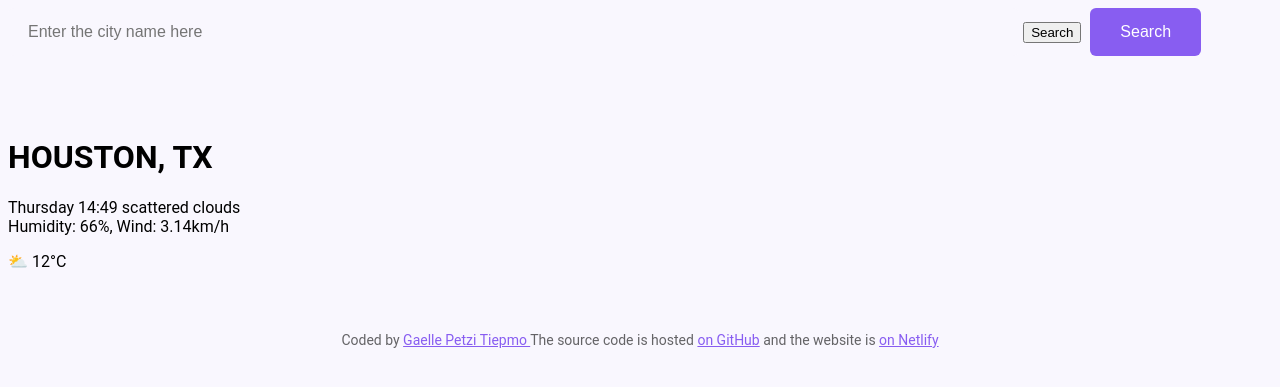
Repository: OnwardForward/meteo.by.gaelle
Page: meteo.appbygaelle.html
These files come from the project's save history. The page is drawn as it stood at one moment and after the next save; the edit follows.
The browser window is 1280 px wide. The pictures show the whole page.

Above is the page before, as saved 2024-04-18 15:21:40.

After the next save:
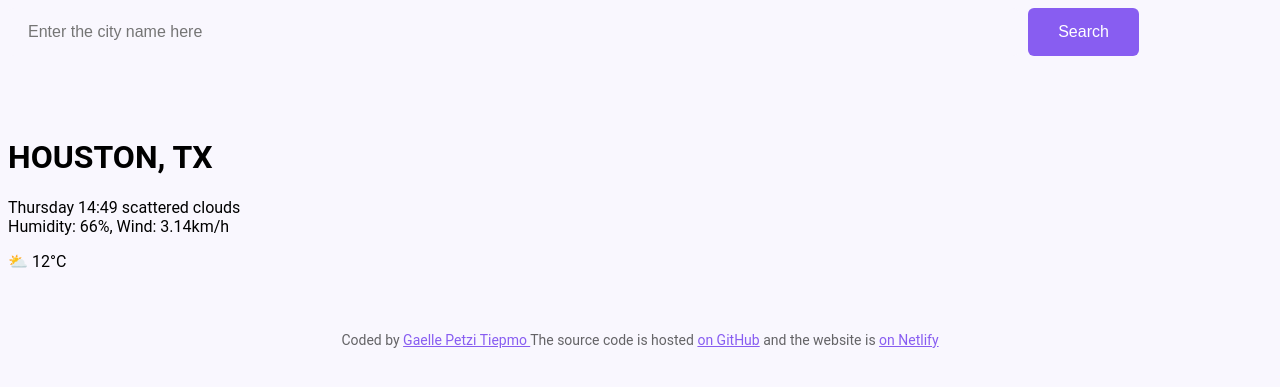
Saved 8 s later.
--- a/meteo.appbygaelle.html
+++ b/meteo.appbygaelle.html
@@ -10,8 +10,7 @@
    <header>
     <form>
         <input type="search" placeholder="Enter the city name here" required class="search-form-input" />
-        <input type="submit" value="Search" />
-        <input type="submit" value="Search" class="search-form-button" />
+            <input type="submit" value="Search" class="search-form-button" />
     </form>
    </header>
    <main>
